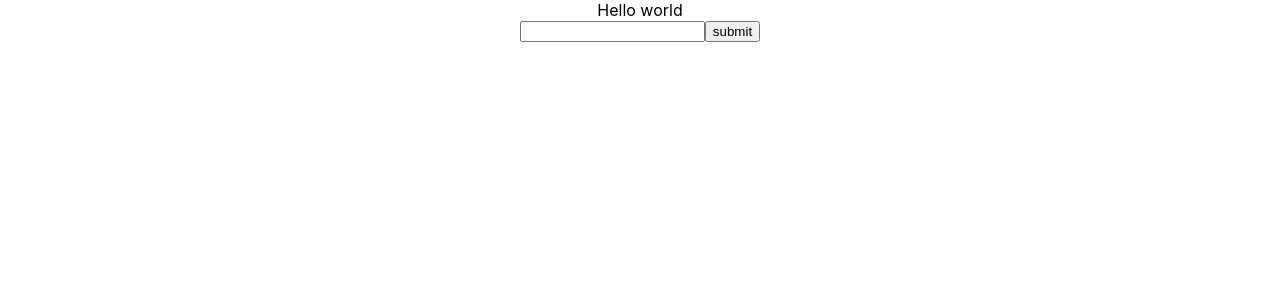
Repository: phunobi1807/phucocktail
Page: /
These files come from the project's save history. The page is drawn as it stood at one moment and after the next save; the edit follows.
The browser window is 1280 px wide. The pictures show the whole page.
The page's requests for data from a server got no answer. The project was rebuilt for these pictures with package versions that can differ from the ones it lists, and the page was loaded fresh each time. No one was signed in, and anything a server would have sent is missing.

Above is the page before, as saved 2021-09-24 19:10:10.

After the next save:
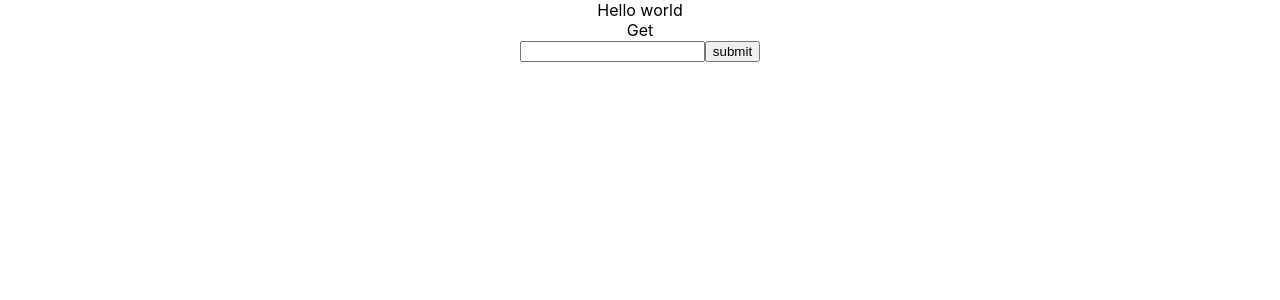
Saved 2 min 22 s later.
--- a/src/api/CallCoctail.js
+++ b/src/api/CallCoctail.js
@@ -23,6 +23,7 @@ export class CallCoctail extends Component {
         let {listCoctail} = this.state;
         return (
             <div>
+                <div className="container">Get</div>
                 {listCoctail && listCoctail.length > 0 &&
                     listCoctail.map((item,index)=>{
                         return(
